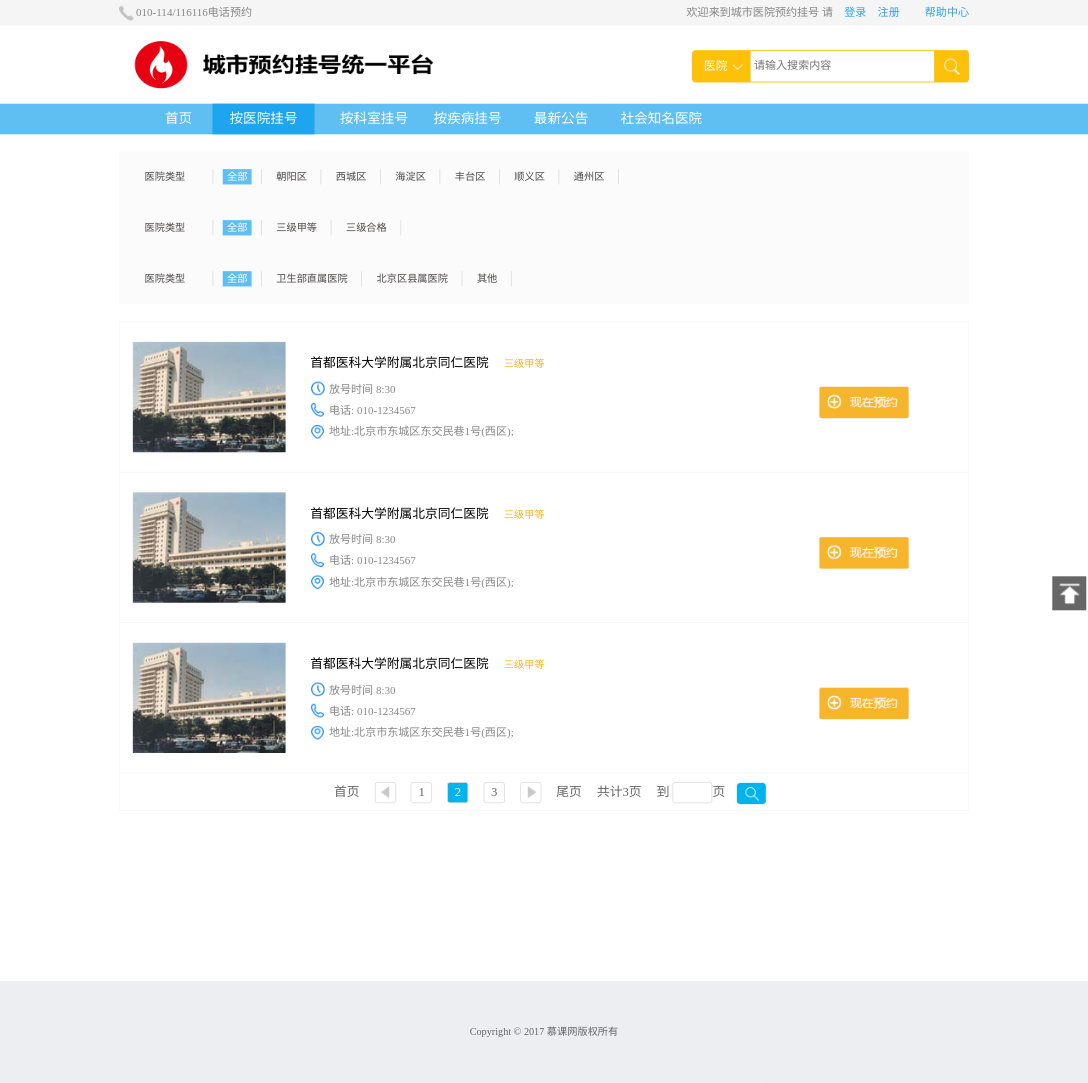
Repository: ScarApocalypse/study
Page: 挂号平台/hosptial.html
These files come from the project's save history. The page is drawn as it stood at one moment and after the next save; the edit follows.
The browser window is 1280 px wide. The pictures show the whole page, at 85% of full size.

Above is the page before, as saved 2019-01-22 16:03:25.

### 挂号平台/hosptial.html
<!DOCTYPE html>
<html lang="en">

<head>
    <meta charset="UTF-8">
    <title>城市预约挂号</title>
    <link rel="stylesheet" href="css/layout.css">
    <link rel="stylesheet" type="text/css" href="css/base.css">
    <link rel="stylesheet" type="text/css" href="css/ui.css">
    <link rel="stylesheet" href="css/hosptial.css">
    <script type="text/javascript" src="js/jquery-1.7.1.min.js"></script>
    <script type="text/javascript" src="js/data.js"></script>
    <script src="js/hosptial.js"></script>
</head>

<body>
    <!-- 顶部区域 -->
    <div id="top" class="top">
        <div class="wrap">
            <p class="call">010-114/116116电话预约</p>
            <p class="welcome">欢迎来到城市医院预约挂号&nbsp;请&nbsp;<a href="#">登录</a>
                <a href="#">注册</a>
                &nbsp;&nbsp;&nbsp;&nbsp;
                <a href="#">帮助中心</a>
            </p>

        </div>
    </div>
    <!-- 头部区域 -->
    <div id="header" class="header">
        <div class="wrap">
            <a href="index.html" class="logo">
                <img src="img/logo.png">
            </a>
            <div class="search ui-search">
                <div class="ui-search-selected">医院</div>
                <div class="ui-search-selected-list">
                    <a href="#">科室</a>
                    <a href="#">疾病</a>
                    <a href="#">医院</a>

                </div>
                <input class="ui-search-input" type="text" name="search-content" placeholder="请输入搜索内容">
                <a href="#" class="ui-search-submit"></a>
            </div>
        </div>
    </div>
    <!-- 导航栏区域 -->
    <div id="nav" class="nav">
        <div class="wrap">
            <a href="index.html" class="link">首页</a>
            <a href="hosptial.html" class="link link_focus">按医院挂号</a>
            <a href="#" class="link">按科室挂号</a>
            <a href="#" class="link">按疾病挂号</a>
            <a href="#" class="link">最新公告</a>
            <a href="#" class="link right">社会知名医院</a>
        </div>
    </div>
    <!-- 筛选区域 -->
    <div id="filter" class="filter wrap">
        <!-- 标题区域 -->
        <div class="group">
            <div class="caption">
                医院类型
                <a href="#" class="condition condition_focus">全部</a>

            </div>
            <a href="#" class="condition">卫生部直属医院</a>
            <a href="#" class="condition">北京区县属医院</a>
            <a href="#" class="condition">其他</a>
        </div>
        <div class="group">
            <div class="caption">
                医院类型
                <a href="#" class="condition condition_focus">全部</a>

            </div>
            <a href="#" class="condition">卫生部直属医院</a>
            <a href="#" class="condition">北京区县属医院</a>
            <a href="#" class="condition">其他</a>
        </div>
        <div class="group">
            <div class="caption">
                医院类型
                <a href="#" class="condition condition_focus">全部</a>

            </div>
            <a href="#" class="condition">卫生部直属医院</a>
            <a href="#" class="condition">北京区县属医院</a>
            <a href="#" class="condition">其他</a>
        </div>

    </div>
    <!-- 列表区域 -->
    <div class="datalist wrap">
        <div class="item">
            <div class="cover"><img src="img/hospital-1.jpg" alt=""></div>
            <div class="name">
                首都医科大学附属北京同仁医院
                <span class="level">三级甲等</span>
            </div>
            <div class="time">放号时间 8:30</div>
            <div class="phone">电话: 010-1234567</div>
            <div class="address">地址:北京市东城区东交民巷1号(西区);</div>
            <a href="#" class="button">&nbsp;</a>
        </div>
        <div class="item">
            <div class="cover"><img src="img/hospital-1.jpg" alt=""></div>
            <div class="name">
                首都医科大学附属北京同仁医院
                <span class="level">三级甲等</span>
            </div>
            <div class="time">放号时间 8:30</div>
            <div class="phone">电话: 010-1234567</div>
            <div class="address">地址:北京市东城区东交民巷1号(西区);</div>
            <a href="#" class="button">&nbsp;</a>
        </div>
        <div class="item">
            <div class="cover"><img src="img/hospital-1.jpg" alt=""></div>
            <div class="name">
                首都医科大学附属北京同仁医院
                <span class="level">三级甲等</span>
            </div>
            <div class="time">放号时间 8:30</div>
            <div class="phone">电话: 010-1234567</div>
            <div class="address">地址:北京市东城区东交民巷1号(西区);</div>
            <a href="#" class="button">&nbsp;</a>
        </div>
    </div>
    <!-- 分页区域 -->
    <div class="pagination wrap">
        <a href="#0" class="item item_text">首页</a>
        <a href="#0" class="item item_icon item_prev">&nbsp;</a>
        <span class="page_wrap">
            <a href="#1" class="item item_page">1</a>
            <a href="#1" class="item item_page item_page_focus">2</a>
            <a href="#1" class="item item_page">3</a>
        </span>
        <a href="#0" class="item item_icon item_next">&nbsp;</a>
        <a href="#0" class="item item_text">尾页</a>
        <a href="#0" class="item item_count">共计3页</a>
        <span href="0" class="item item_text">到
            <input type="text" class="input_page" name="input_page">页
            <input type="button" class="input_submit" value="">

        </span>

    </div>
    <!-- 页脚区域 -->
    <div id="footer" class="footer">
        Copyright &copy 2017 慕课网版权所有
    </div>
    <!-- 回到顶部 -->
    <a class="go-top" href="#"></a>
    <script type="text/javascript" src="js/ui.js"></script>
</body>

</html>

### 挂号平台/css/layout.css
*{
	margin:0;
	padding:0;
}
.clearfix:after{
	content:' ';
	display: block;
	height:0;
	line-height: 0;
	clear:both;
	zoom:1;
}
.wrap{
	width: 1000px;
	margin:0 auto;
	position: relative;
}
.top{
	height: 30px;
	background-color:#f5f5f5;
}
.header{
	height: 92px;
}
.nav{
	height: 36px;
	background-color:#60bff2;
}
.banner{
	width: 802px;
	margin:0 auto;
	height: 414px;
	padding:9px 0 0 198px;
}
.banner-slider{
	float: left;
	width: 544px;
	height: 414px;
	background-color: #8edff3;
}
.banner-search{
	float:right;
	width:250px;
	height:255px;
	background-color: #eee;
}
.banner-help{
	float: right;
	width: 250px;
	height: 146px;
	background-color: #ccc;
	margin-top:12px;
}
.content{
	padding:10px 0 38px 0;
}
.content-tab{
	float: left;
	width: 742px;
	height: 490px;
	background-color: #eee;
}
.content-close,
.content-news{
	float: right;
	width: 248px;
	height: 236px;
	border:1px solid #ccc;
}
.content-close{
	margin-top:12px;
	border-color:red;
}
.footer{
	height:70px;
	padding:25px;
	background-color: #eceef2;
}

### 挂号平台/css/base.css
p{
	display: inline-block;
}
a{
	text-decoration: none;
}
select,input{
	border:none;
	outline:none;
}
img{
	display: block;
}
/*top样式*/
.top{
	line-height: 30px;
	font-size:13px;
	color:#868686;
}
.top .call{
	float:left;
	padding-left:20px;
	background:url(../img/icon-call.png) no-repeat center left;
}
.top .welcome{
	float: right;
}
.top a{
	color:#2da5e1;
	padding-left:10px;
}
/*header样式*/
.header .logo{
	width: 402px;
	height: 74px;
	padding:9px 0;
	display: inline-block;
}
.header .logo img{
	width: 100%;
	height: 100%;
}
.header .search{
	width: 326px;
	height: 38px;
	position: absolute;
	right:0;
	top:29px;
	background-color: orange;
}
/*nav样式*/
.nav .link{
	display: inline-block;
	float:left;
	padding-left:30px;
	line-height: 36px;
	color:#fff;
	font-size:16px;
	min-width:80px;
	text-align: center;
}
.nav .link_focus{
	color:#fff;
	background-color:#1fa4f0;
	padding:0 20px;
}
.nav a:hover{
	color:#d7f3ff;
}
.nav .menu{
	width: 130px;
	padding-right: 30px;
	background-color: #1fa4f0;
	position: relative;

}
.nav .menu .menu-list{
	position: absolute;
	background-color: #1fa4f0;
	width: 100%;
	height: 423px;
	left: 0;
	top:36px;

}
/*banner内样式*/
.banner-search{
	background-color: #fafafa
}
.banner-help .caption,
.banner-search .caption{
	height: 22px;
	padding:15px 0 15px 0;
	text-align: center;
}
.banner-help .caption .text,
.banner-search .caption .text{
	display: inline-block;
	height: 22px;
	line-height: 22px;
	padding-left:28px;
	color:#fec009;
	font-size:16px;
	background: url(../img/icon-help.png) no-repeat 0 0;
}

.banner-search .form{
	height: 150px;
}
.banner-search .form .line{
	padding-bottom:9px;
	text-align: center;
}
.banner-search .form .line select{
	width: 170px;
	font-size:12px;
	z-index:0;
	border:1px solid #dcdddd;
	height: 26px;
	line-height: 26px;
	padding:2px 0;
	border-radius: 5px;
	color:#666;
}
.banner-search .submit{
	height: 32px;
	text-align: center;
}
.banner-search .submit .button{
	width: 108px;
	height: 32px;
	background-color: #f3cd09;
	font-size: 14px;
	color:#fff;
	border-radius: 3px;
	cursor: pointer;
}
.banner-help{
	background-color: #fafafa;
}
.banner-help .caption .text{
	color:#00b3ea;
	background-position: 0 -23px;
}
.banner-help .link{
	color:#00b3ea;
	display: inline-block;
	width: 86px;
	height: 26px;
	line-height: 26px;
	font-size:14px;
	text-align: center;
	padding:0 0 8px 26px;
}
/*content样式*/

/*content新闻和停诊样式*/
.content-close,
.content-news{
	background-color:#fff;
	border:1px solid #f4f6fa;
}
.content-close .caption,
.content-news .caption{
	height:38px;
	line-height: 38px;
	background-color: #f4f6fa;
	text-indent:20px;
	color:#fec009;
	font-size:15px;
}
.content-close .more,
.content-news .more{
	float: right;
	padding-right: 22px;
	font-size:12px;
	color:#868686;
}
.content-close .list,
.content-news .list{
	padding: 15px 20px 13px 35px;
	line-height: 29px;
	font-size:12px;
	background: url(../img/list-yellow.jpg) 15px 22px no-repeat;
}
.content-close .list .link,
.content-news .list .link{
	display: block;
	color:#969696;
}
.content-close .caption{
	color:#4ab4ed;
}
.content-close .list{
	background: url(../img/list-blue.jpg) 15px 22px no-repeat;

}
/*tab样式*/
.content-tab{
	background: none;
}
.content-tab .caption{
	height: 34px;
	line-height: 34px;
	background-color: #f5f6fa;
}
.content-tab .caption .item{
	display: block;
	width: 112px;
	height: 34px;
	text-align: center;
	float: left;
	color:#00b3ea;
}
.content-tab .caption .item_focus{
	background-color: #60bff2;
	color:#fff;
}
.content .block{
	border:1px solid #f4f6fa;
	height: 452px;
}
.content-tab .block-caption{
	height: 26px;
	line-height: 26px;
	padding:8px;
	border-bottom:1px solid #f4f6fa;
}
.content-tab .block-caption-item{
	display: inline-block;
	padding:0 10px 0 10px;
	font-size:12px;
	color:#4c4948;
}
.content-tab .block-caption-item_focus{
	background-color: #60bff2;
	color:#fff;
}
.content-tab .block-content{
	padding:16px 12px;
}
.content-tab .block-content .block-list .item{
	float: left;
	width:216px;
	height: 102px;
	padding:0 20px 10px 120px;
	position: relative;
	font-size:12px;
}
.content-tab .block-content .block-list .item img{
	width: 110px;
	height: 98px;
	position: absolute;
	left:0;
	top:0;
}
.content-tab .block-content .block-list .item-name{
	color:#036eb7;
	font-size:14px;
	line-height: 21px;
	padding-top:13px;
}
.content-tab .block-content .block-list .item-level{
	float: right;
	font-size:12px;
	color:#979797;
}
.content-tab .block-content .block-list .item-phone,
.content-tab .block-content .block-list .item-address{
	/*font-size:12px;*/
	line-height: 18px;
	padding-bottom:4px;
	color:#666;
}
/*tab文案列表样式*/
.content-tab .block-content .block-text-list{

}
.content-tab .block-content .block-text-list .item{
	width: 351px;
	height: 27px;
	display: block;
	font-size:14px;
	color:#666;
	padding-top:8px;
	float: left;
	border-bottom:1px dashed #dcdddd;

}
.content-tab .block-content .block-text-list .item:nth-child(2n){
	margin-left:13px;
}
.content-tab .block-content .block-text-list .item .level{
	float: right;
	padding-right:10px;
}
.content-tab .block-content .block-more{
	display: block;
	line-height: 55px;
	text-align: center;
	color:#5084c4;
	font-size:14px;
}
/*页脚样式*/
.footer{
	line-height: 70px;
	text-align: center;
	font-size:12px;
	color:#666;
}
.go-top{
	display: block;
	position: fixed;
	width: 40px;
	height: 40px;
	right:2px;
	bottom:2px;
	z-index:99;
	color:#fff;
	background: rgb(102,102,102) url(../img/icon-go-up.png) center no-repeat;
	/*background: red;*/
}
.go-top:hover{
	background: rgb(102,102,102);
}
.go-top:hover:after{
	content:'回到顶部';
	display: block;
	line-height: 20px;
	text-align: center;
}

### 挂号平台/css/ui.css
/*ui-search搜索*/
.ui-search {
	background: url(../img/ui-search.jpg);
	font-size: 14px;
	color: #fff;
	position: relative;
}

.ui-search-selected {
	width: 70px;
	height: 38px;
	line-height: 38px;
	position: absolute;
	left: 0;
	top: 0;
	text-indent: 14px;
}

.ui-search-selected-list {
	display: none;
	position: absolute;
	width: 67px;
	line-height: 24px;
	background-color: #fff;
	box-shadow: 3px 3px 5px rgba(0, 0, 0, .2);
	left: 2px;
	top: 36px;
	z-index: 2;
}

.ui-search-selected-list a {
	display: block;
	text-align: center;
	color: #a5a2a2;
}

.ui-search-selected-list a:hover {
	background-color: #ebeef5;
}

.ui-search-input {
	width: 208px;
	height: 26px;
	position: absolute;
	top: 5px;
	left: 73px;
	line-height: 26px;
	font-size: 13px;
	color: #a5a2a2;
}

.ui-search-submit {
	display: block;
	position: absolute;
	right: 0;
	top: 1px;
	width: 40px;
	height: 36px;
}

/* ui-menu分类菜单 */
.ui-menu{}
.ui-menu-item{
	height: 22px;
	line-height: 22px;
	padding:8px 5px 9px 6px;
	/* margin-left:2px; */
	/* position: relative; */
}
.ui-menu-item:hover{
	background: #fff;
}
.ui-menu-item-department{
	float: left;
	height: 22px;
	line-height: 22px;
	position: relative;
	padding-left:30px;
	font-size:14px;
	color:#fff;
}
.ui-menu-item-department:before{
	content:'';
	display:block;
	width: 22px;
	height: 21px;
	position: absolute;
	left:0;
	top:1px;
	background:url('../img/icon-menu.jpg') -22px 0 no-repeat;
}
.ui-menu-item:nth-child(2) .ui-menu-item-department:before{
	background-position-y:-22px;
}
.ui-menu-item:nth-child(3) .ui-menu-item-department:before{
	background-position-y:-66px;
}
.ui-menu-item-disease{
	font-size: 12px;
	float:right;
	padding-left:5px;
	color:#d7f3ff
}
.ui-menu-item:hover .ui-menu-item-department:before{
	background-position-x: 0;
}
.ui-menu-item:hover .ui-menu-item-department{
	color:#333;
}
.ui-menu-item:hover .ui-menu-item-disease{
	color:#868686;
}
.ui-menu-item:hover .ui-menu-item-detail{
	display: block;
}
.ui-menu-item-detail{
	display:none;
	position: absolute;
	width: 500px;
	height: 393px;
	padding:20px 10px 10px 29px;
	background:#fff url(../img/bg-menu.jpg) center no-repeat;
	top:0;
	left:190px;
	box-shadow:5px 5px 2px rgba(0,0,0,.1);
	z-index:9;

}
.ui-menu-item-detail-group{
	padding-bottom:20px;
	text-align: left;


}
.ui-menu-item-detail-group-caption{
	width: 100%;
	display:block;
	color:#666;
	font-size:16px;
	font-weight:bold;
	line-height: 34px;
	height: 34px;
}
.ui-menu-item-detail-group-list{
	line-height: 23px;
}
.ui-menu-item-detail-group-list a{
	display: inline-block;
	color:#868686;
	margin-right:8px;
	font-size:12px;
	padding-bottom:5px;
}
.ui-menu-item-detail-group-list a:after{
	content:'|';
	color:#eee;
	padding-left:8px;
}
/* ui-slider组件 */
.ui-slider{
	width: 544px;
	height: 414px;
	position: relative;
	overflow: hidden;
}
.ui-slider-wrap{
	width: 99999px;
	height: 414px;
	position: absolute;
	left:0;
	right:0;
	transition:all .5s;
}
.ui-slider-wrap .item{
	display: block;
	float:left;
	width: 544px;
	height: 414px;
}
.ui-slider-arrow{
	width: 544px;
	height: 40px;
	position: absolute;
	/* background: #000;	 */
	top:50%;
	transform: translateY(-50%);
}
.ui-slider-arrow .item{
	display: block;
	width: 40px;
	height: 40px;
	position: absolute;
	top:0;
	background: url(../img/ui-slider-arrow.png) no-repeat;
}
.ui-slider-arrow .left{
	left:0;
}
.ui-slider-arrow .right{
	right:0;
	background-position: -40px 0;
}
.ui-slider-process{
	width: 544px;
	height: 12px;
	text-align: center;
	position: absolute;
	left:0;
	bottom:20px;
}
.ui-slider-process .item{
	display: inline-block;
	width: 16px;
	height: 16px;
	background:url(../img/ui-slider-process.png) no-repeat;

}
.ui-slider-process .item_focus,
.ui-slider-process .item:hover{
	background-position: -23px 0;
}

### 挂号平台/css/hosptial.css
/* 筛选区域 */
.filter{
    min-height: 100px;
    background-color: #fbfbfb;
    margin:20px auto;
}
.filter .group{
    padding:15px 60px 15px 180px;
    color:#4c4948;
    font-size:12px;
    line-height: 18px;
    min-height:30px;
    position: relative;
}
.filter .group .caption{
    position: absolute;
    left: 30px;
    top: 21px;
    width: 150px;
}
.filter .group .condition{
   color:#4c4948;
   display: inline-block;
   position: relative;
   margin:6px 24px 6px 0px;
   padding:0 5px;
}
.filter .group .caption .condition{
    position: absolute;
    right:0;
    top: -6px;
}
.filter .group .caption .condition::before,
.filter .group .condition::after{
    content:'';
    display: block;
    width: 1px;
    height: 18px;
    background: #dcdddd;
    position: absolute;
    top:0;
    right:-12px;
}
.filter .group .caption .condition::before{
    left:-12px;
}
.filter .group .condition_focus,
.filter .group .condition:hover{
    color:#fff;
    background-color:#60bff2;
}
/* 医院列表 */
.datalist .item{
    height: 130px;
    padding:23px 0 23px 224px;
    border:1px solid #f4f6fa;
    border-bottom:none;
    position: relative;
}
.datalist .item .cover{
    width: 180px;
    height: 130px;
    position: absolute;
    overflow: hidden;
    left: 15px;
    top: 23px;
}
.datalist .item:hover{
    background-color:#f5fcff;
}
.data .item .cover img{
    width: 100%;
    height: 100%;
}
.datalist .item .name{
    padding:13px 0;
    color:#000;
    font-size:15px;
}
.datalist .item .name .level{
    padding:0 2px 0 14px;
    color:#f7b52c;
    font-size: 12px;
}
.datalist .item .address,
.datalist .item .phone,
.datalist .item .time{
    margin-bottom:8px;
    font-size: 13px;
    color:#888;
    line-height: 17px;
    padding-left:22px;
    background: url(../img/icon-tel.png) no-repeat;
    background-position: 1px -36px;
}
.datalist .item .phone{
    background-position: 1px 0;
}
.datalist .item .address{
    background-position: 1px -17px;
}
.datalist .item .button{
    position: absolute;
    width: 105px;
    height: 37px;
    right: 70px;
    top:76px;
    display: block;
    background:url(../img/button-now.png) no-repeat  center left;
}
.datalist .item .button:hover{
    background-position: center right;
}
/* 分页区域 */
.pagination{
    height: 45px;
    line-height: 25px;
    border:1px solid #f4f6fa;
    text-align: center;
    color:#666;
    font-size:15px;
    margin-bottom:200px;
    padding:10px 0;
    box-sizing: border-box;
}
.pagination .item{
    margin-left:14px;
    color:#666;
    display: inline-block;
}
.pagination .item_icon:hover{
    background-color: #00b3ec;
}
.pagination .item_icon{
    background:url(../img/icon-pagination-arrow.png) no-repeat;
}
.pagination .item_prev{
    background-position: 6px -15px;
}
.pagination .item_prev:hover{
    background-position: -20px -15px;
}
.pagination .item_next{
    background-position: 8px 4px;
}
.pagination .item_next:hover{
    background-position: -18px 4px;
}
.pagination .input_page,
.pagination .item_page,
.pagination .item_icon{
    display: inline-block;
    width: 23px;
    height: 23px;
    line-height: 23px;
    border:solid 1px #dcdddd;
    border-radius:3px;
}
.pagination .item_page_focus{
    background:#00b3ec;
    color:#fff
}
.pagination .input_page{
    width: 45px;
    text-align: center;
}
.pagination .input_submit{
    width: 34px;
    height: 25px;
    display: inline-block;
    margin-left:10px;
    background:url(../img/icon-pagination-go.png);
    vertical-align:middle;
}

### 挂号平台/js/hosptial.js
$(function(){
//    给出所有的筛选条件
    var arrConditionArea=AjaxRemoteGetData.getDistinctArea().slice(1);
    console.log(arrConditionArea);
    var arrConditionLevel =AjaxRemoteGetData.getDistinctLevel().slice(1);
    var arrConditionType=AjaxRemoteGetData.getDistinctType().slice(1);
    $('.filter .group>.condition').remove();
    $.each(arrConditionArea,function(i,item){
        var c=$('<a href="#" class="condition">'+item+'</a>');
        $('.filter .group').eq(0).append(c);
    });
    $.each(arrConditionLevel,function(i,item){
        var c=$('<a href="#" class="condition">'+item+'</a>');
        $('.filter .group').eq(1).append(c);
    });
    $.each(arrConditionType,function(i,item){
        var c=$('<a href="#" class="condition">'+item+'</a>');
        $('.filter .group').eq(2).append(c);
    });
    // 筛选条件事件监听,动态获取新的数据,AjaxRemoteGetData.getHospitalArrByFilter
    var DataHospital=[];
    $('.filter')
        .on('initEvent',function(){
            var filter=$(this);
            filter.find('.condition').on('click',function(){
                var condition=$(this);
                var group=condition.parents('.group').eq(0);
                group.find('.condition').removeClass('condition_focus');
                condition.addClass('condition_focus');
                filter.triggerHandler('reloadData');
                return false;
            });

        })
        .on('reloadData',function(){
            var type=$('.filter .group').eq(0).find('.condition_focus').text();
            var level=$('.filter .group').eq(1).find('.condition_focus').text();
            var area=$('.filter .group').eq(2).find('.condition_focus').text();
            DataHospital=AjaxRemoteGetData.getHospitalArrByFilter(type,level,area);
            $('.pagination').triggerHandler('initPageNumber');
        });
        // 分页设置事件监听&处理数据渲染
        var pageSize=3;//每页显示条数
        var pageCount=0;//总共页数
        var currentPage=0;//当前页数，0=1页
        $('.pagination')
        .on('initPageNumber',function(){
            pageCount=Math.ceil(DataHospital.length / pageSize);
            currentPage=0;
            var page_wrap=$('.page_wrap',this);
            page_wrap.empty();
            console.log(DataHospital);
            for(i=0;i<pageCount;i++){
                var page=' <a href="#1" class="item item_page">'+(i+1)+'</a>';
                page_wrap.append(page);
                console.log(111);
            }
        })
        $('.filter').triggerHandler('initEvent');
        $('body').click(function(){
            console.log("sss");
        });
});

Loaded but not shown: 挂号平台/js/jquery-1.7.1.min.js (library); 挂号平台/js/data.js (172 lines, source omitted); 挂号平台/js/ui.js (146 lines, source omitted)

After the next save:
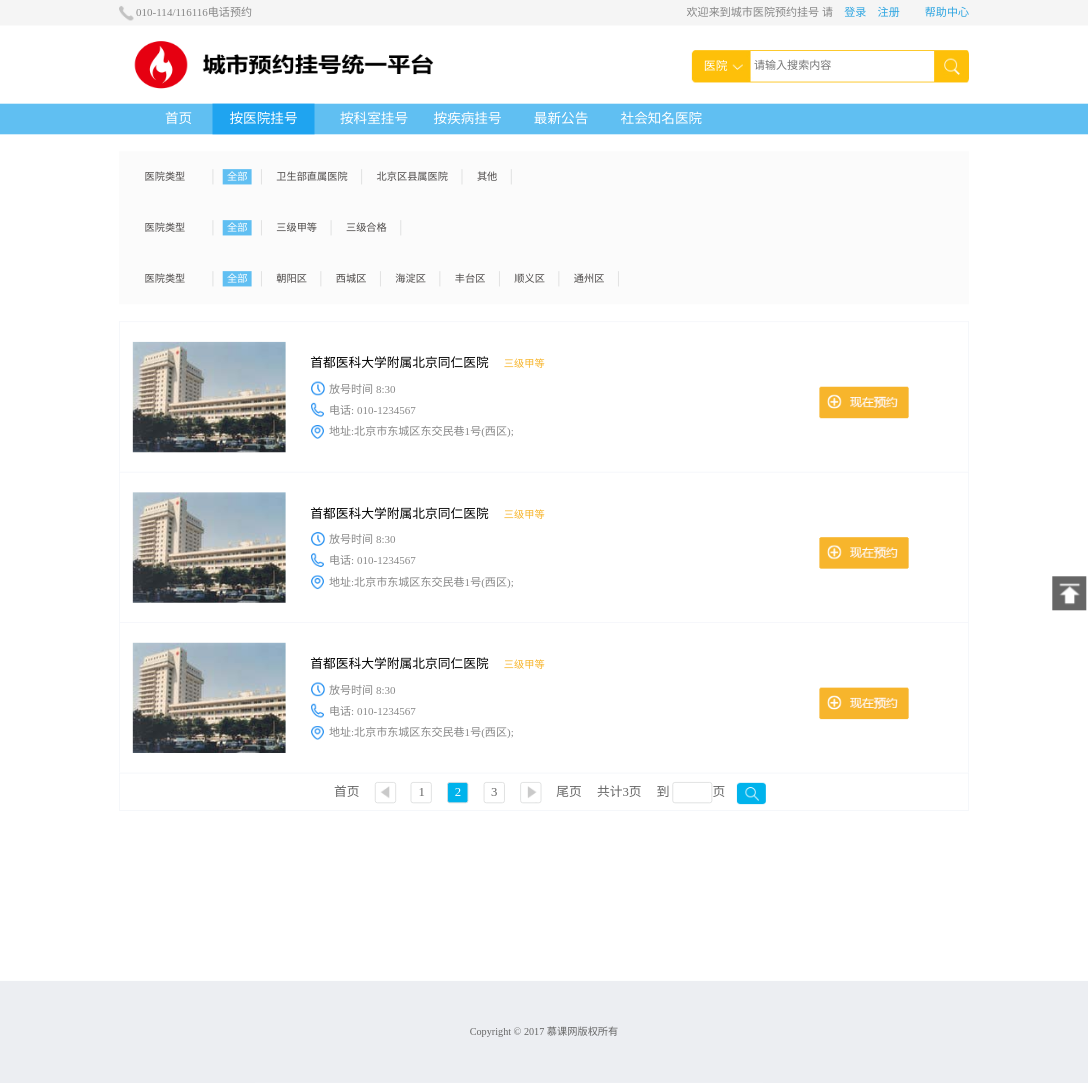
Saved 6 min 5 s later.
--- a/挂号平台/js/hosptial.js
+++ b/挂号平台/js/hosptial.js
@@ -7,7 +7,7 @@ $(function(){
     $('.filter .group>.condition').remove();
     $.each(arrConditionArea,function(i,item){
         var c=$('<a href="#" class="condition">'+item+'</a>');
-        $('.filter .group').eq(0).append(c);
+        $('.filter .group').eq(2).append(c);
     });
     $.each(arrConditionLevel,function(i,item){
         var c=$('<a href="#" class="condition">'+item+'</a>');
@@ -15,7 +15,7 @@ $(function(){
     });
     $.each(arrConditionType,function(i,item){
         var c=$('<a href="#" class="condition">'+item+'</a>');
-        $('.filter .group').eq(2).append(c);
+        $('.filter .group').eq(0).append(c);
     });
     // 筛选条件事件监听,动态获取新的数据,AjaxRemoteGetData.getHospitalArrByFilter
     var DataHospital=[];
